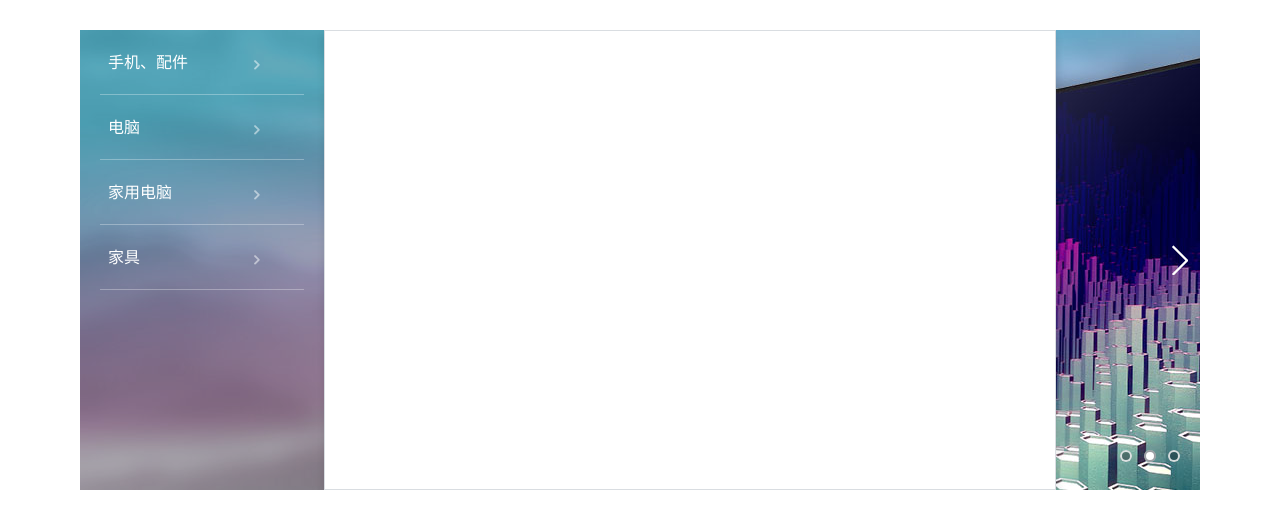
Repository: zhenzhen-gong/JSslider
Page: index.html
These files come from the project's save history. The page is drawn as it stood at one moment and after the next save; the edit follows.
The browser window is 1280 px wide. The pictures show the whole page.

Above is the page before, as saved 2020-06-06 18:20:22.

After the next save:
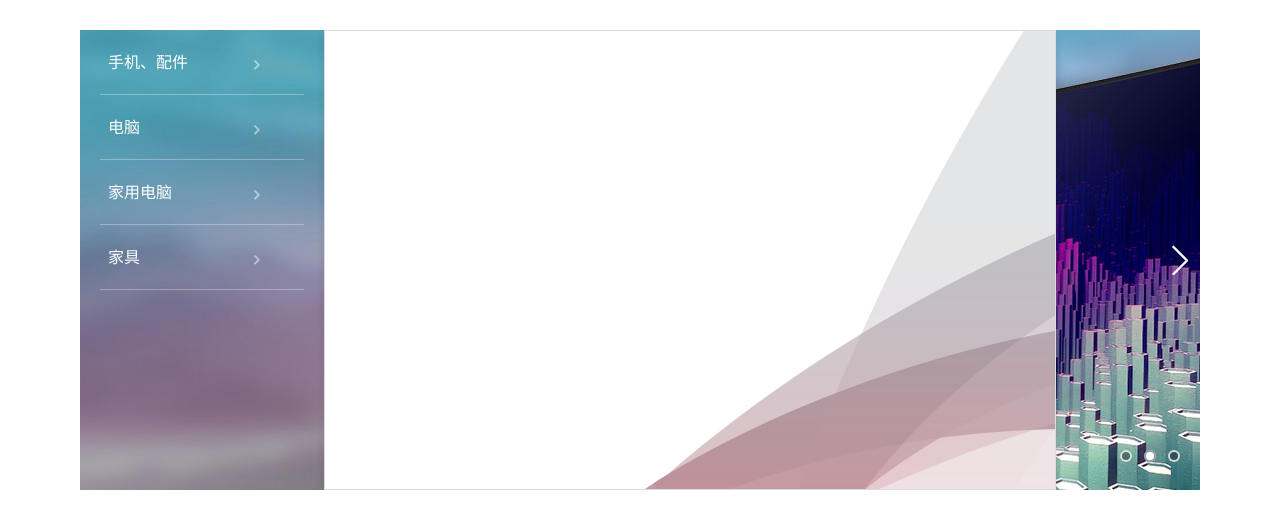
Saved 81 s later.
--- a/style.css
+++ b/style.css
@@ -130,3 +130,8 @@
     box-shadow: 0 4px 8px 0 rgba(0, 0, 0, 0.1);
     background: #ffffff;
 }
+.content-box{
+    width: 100%;
+    height: 100%;
+    background: url(img/fe.png);
+}
